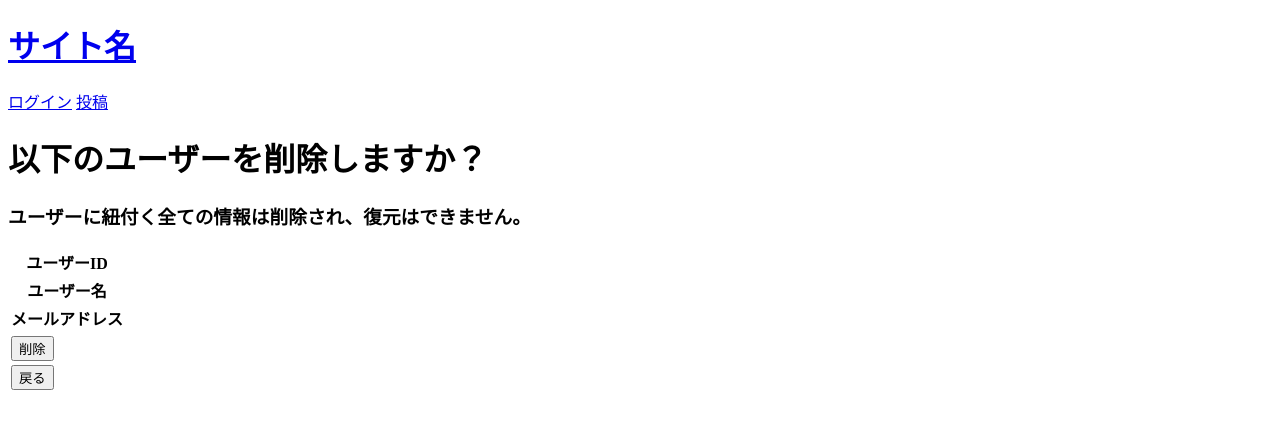
Repository: Take-01/frinob
Page: http://localhost/tktest/deleteUser.jsp
An editor plug-in stored every save of this project. The page is shown before and after the next save, followed by the edit.
The browser window is 1280 px wide. The pictures show the whole page.
The page is served by Tomcat 9.

Above is the page before, as saved 2019-05-28 07:08:55.

After the next save:
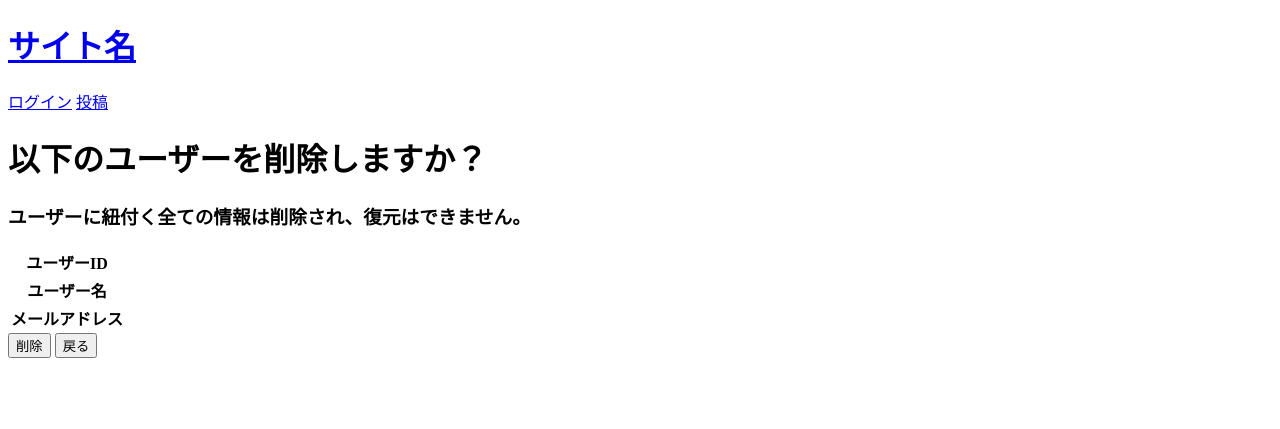
Saved 3 min 26 s later.
--- a/tktest/WebContent/deleteUser.jsp
+++ b/tktest/WebContent/deleteUser.jsp
@@ -30,10 +30,8 @@
 			</tr>
 		</table>
 
-		<s:form id="deleteUserForm">
-			<s:submit value="削除" onClick="goDeleteUserConfirmAction()"/>
-			<s:submit value="戻る" onClick="goMyPageAction()"/>
-		</s:form>
+		<a href='<s:url action="DeleteUserConfirmAction"/>'><button>削除</button></a>
+		<a href='<s:url action="MyPageAction"/>'><button>戻る</button></a>
 	</div>
 </body>
 </html>
